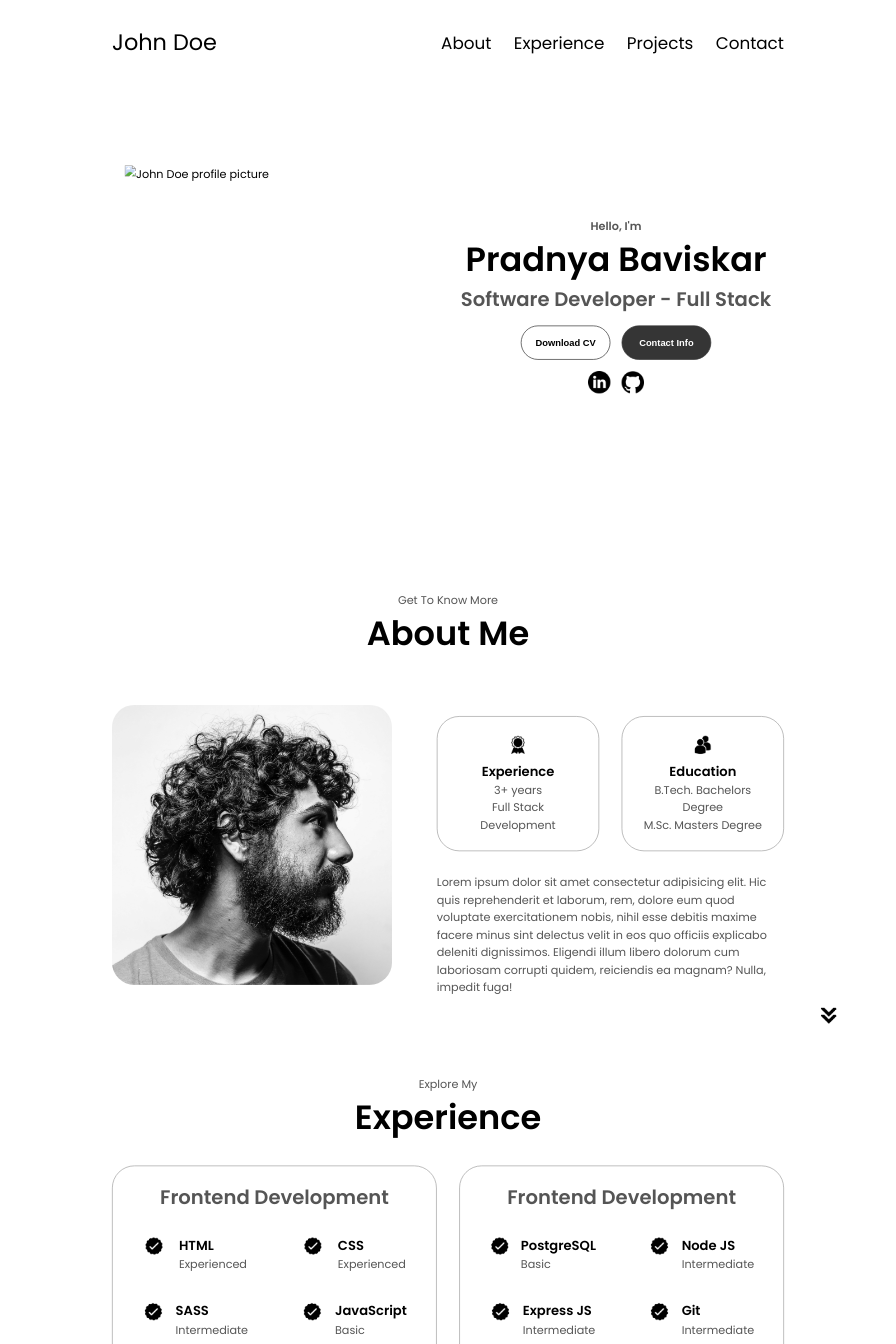
Repository: Pradnya-07/Portfolio-Pradnya
Page: index.html
An editor plug-in stored every save of this project. The page is shown before and after the next save, followed by the edit.
The browser window is 1280 px wide. The pictures show the part of the page from y = 0 to 1920 px (the page is 4127 px tall), at 70% of full size.
A picture or video elsewhere on the page could not be fetched, so the positions and the page height are approximate.

Above is the page before, as saved 2025-04-07 16:00:48.
Not found: assets/profile-pic.png

After the next save:
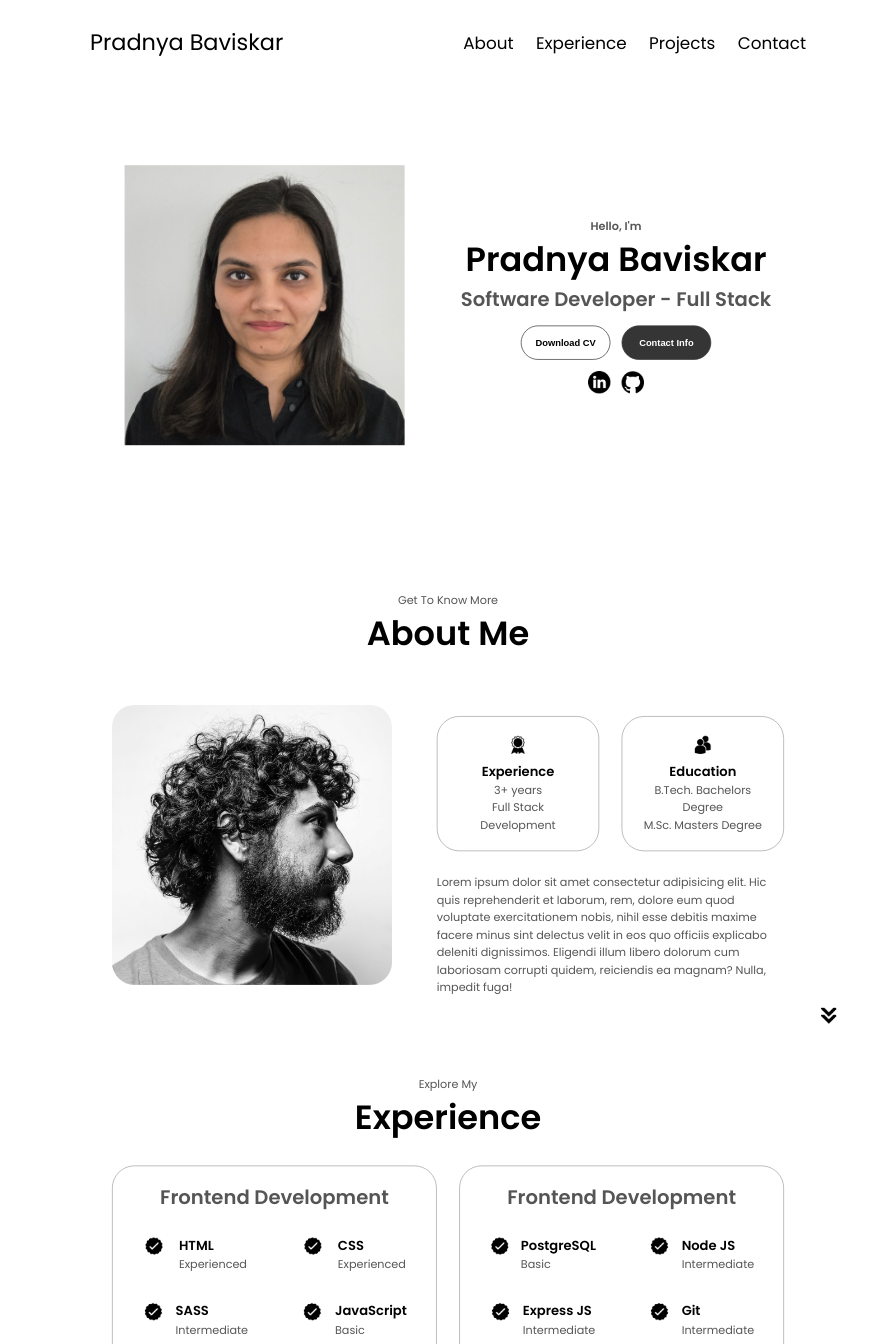
Saved 4 min 49 s later.
--- a/index.html
+++ b/index.html
@@ -10,7 +10,7 @@
   </head>
   <body>
     <nav id="desktop-nav">
-      <div class="logo">John Doe</div>
+      <div class="logo">Pradnya Baviskar</div>
       <div>
         <ul class="nav-links">
           <li><a href="#about">About</a></li>
@@ -21,7 +21,7 @@
       </div>
     </nav>
     <nav id="hamburger-nav">
-      <div class="logo">John Doe</div>
+      <div class="logo">Pradnya Baviskar</div>
       <div class="hamburger-menu">
         <div class="hamburger-icon" onclick="toggleMenu()">
           <span></span>
@@ -38,7 +38,7 @@
     </nav>
     <section id="profile">
       <div class="section__pic-container">
-        <img src="./assets/profile-pic.png" alt="John Doe profile picture" />
+        <img src="./assets/profile-pic.JPG" alt="Pradnya Baviskar profile picture" />
       </div>
       <div class="section__text">
         <p class="section__text__p1">Hello, I'm</p>
